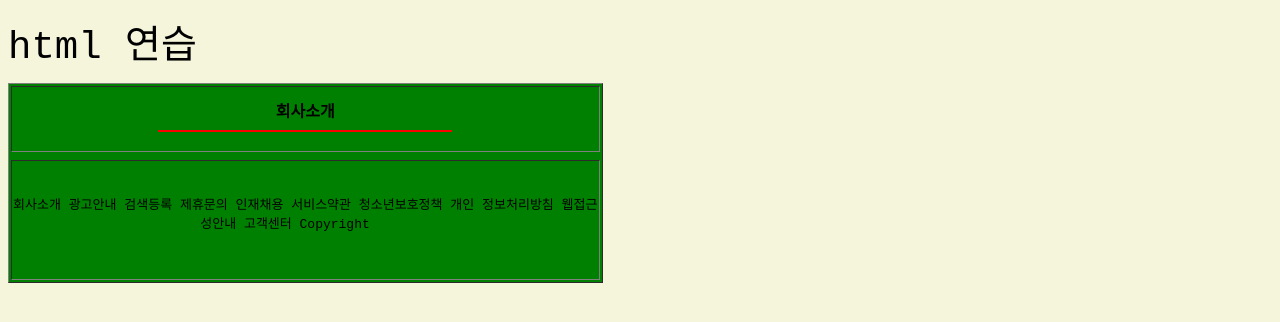
Repository: cleangggg/front
Page: html/ex08.html
The author's editor kept a copy of each file at every save. The page is drawn from the files as they stood at one save, then again after the next save.
The browser window is 1280 px wide. The pictures show the whole page.

Above is the page before, as saved 2023-05-23 01:11:24.

### html/ex08.html
<!DOCTYPE html>
<html>
<head>
<meta charset="UTF-8">
<title>Insert title here</title>
</head>
<body bgcolor="beige">
	<pre>
<font size="7">html 연습</font>
</pre>
	<table border="1" height="200" width="500" bgcolor="green" >

		<th colspan="4">회사소개
		<hr width="50%" align="center" color="red">
		</th>
		<tr>

		</tr>
		<tr>

		</tr>
		<tr>

		</tr>
		<tr>
			<td>
			<pre>회사소개 광고안내 검색등록 제휴문의 인재채용 서비스약관 청소년보호정책 개인 정보처리방침 웹접근
			성안내 고객센터 Copyright
			</pre>
			</td>
		</tr>

	</table>


</body>
</html>

After the next save:
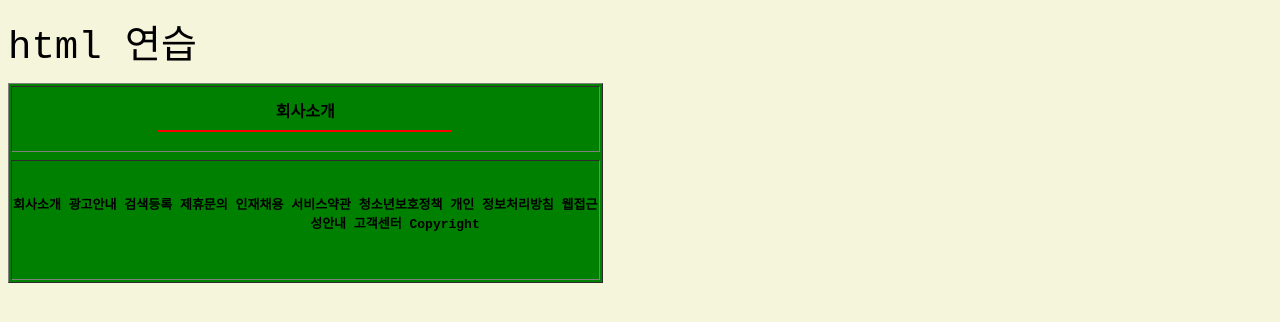
Saved 28 s later.
--- a/html/ex08.html
+++ b/html/ex08.html
@@ -23,11 +23,11 @@
 
 		</tr>
 		<tr>
-			<td>
+			<th>
 			<pre>회사소개 광고안내 검색등록 제휴문의 인재채용 서비스약관 청소년보호정책 개인 정보처리방침 웹접근
 			성안내 고객센터 Copyright
 			</pre>
-			</td>
+			</th>
 		</tr>
 
 	</table>
